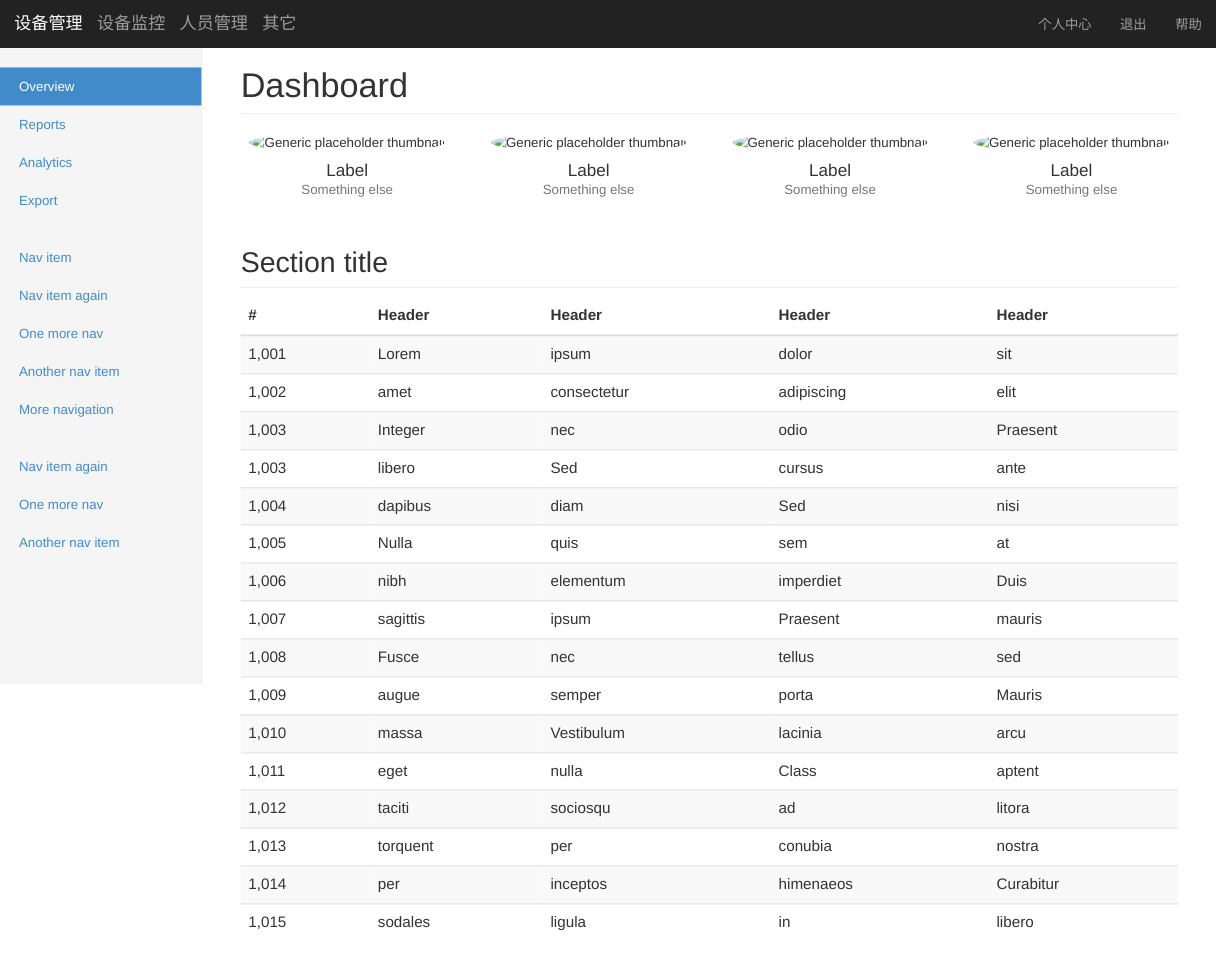
Repository: FanHuaRan/ShoeStoreSystem
Page: http://localhost/ShoeStore/View/test.jsp
The author's editor kept a copy of each file at every save. The page is drawn from the files as they stood at one save, then again after the next save.
The browser window is 1280 px wide. The pictures show the whole page, at 95% of full size.
The page is served by Tomcat 9. Nobody is signed in. The application's start-up code is not run.

Above is the page before, as saved 2017-02-06 11:37:55.

After the next save:
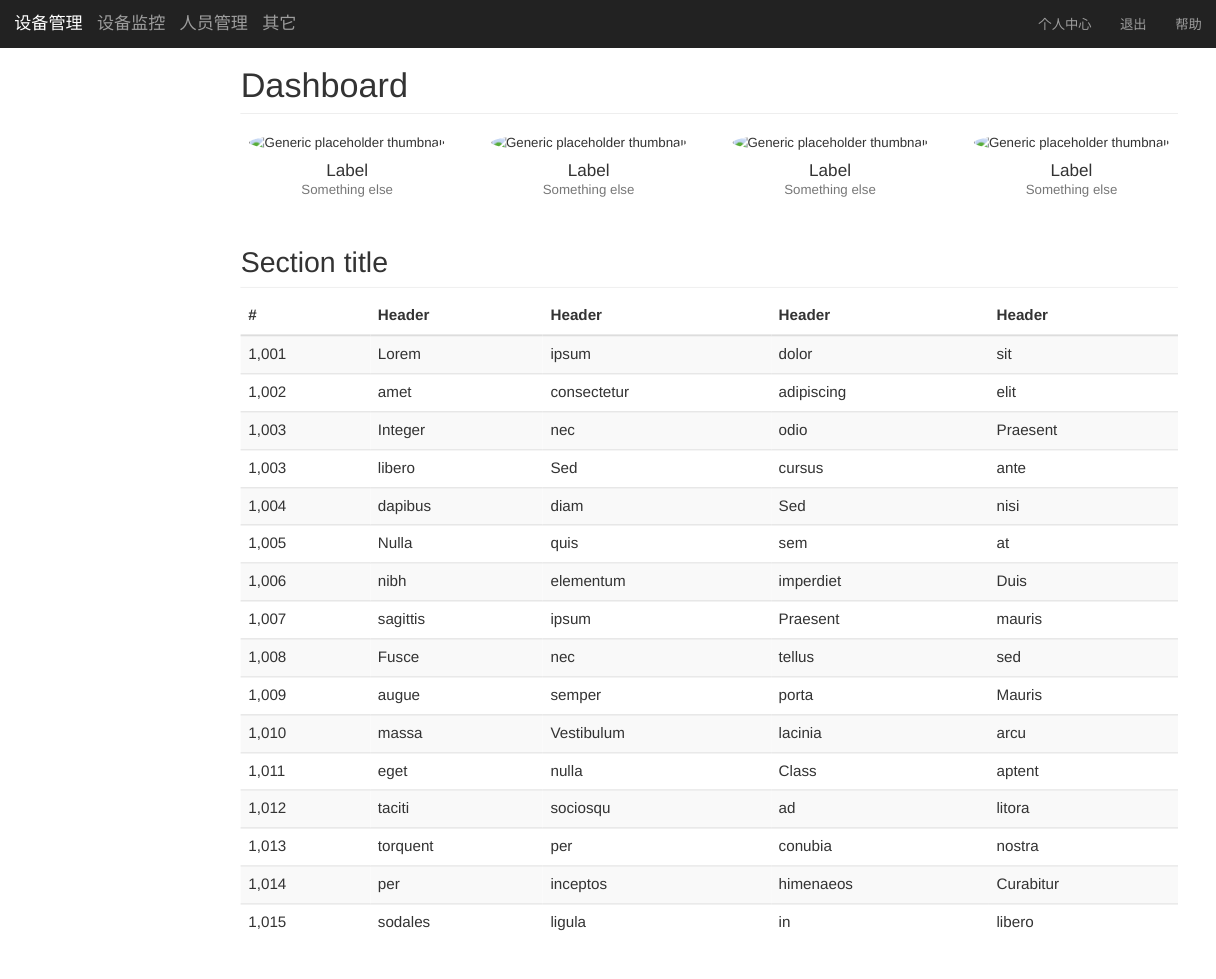
Saved 8 min 12 s later.
--- a/Web/Spring/ShoeStore/WebRoot/View/test.jsp
+++ b/Web/Spring/ShoeStore/WebRoot/View/test.jsp
@@ -77,26 +77,6 @@
 
     <div class="container-fluid">
       <div class="row">
-        <div class="col-sm-3 col-md-2 sidebar">
-          <ul class="nav nav-sidebar">
-            <li class="active"><a href="#">Overview</a></li>
-            <li><a href="#">Reports</a></li>
-            <li><a href="#">Analytics</a></li>
-            <li><a href="#">Export</a></li>
-          </ul>
-          <ul class="nav nav-sidebar">
-            <li><a href="">Nav item</a></li>
-            <li><a href="">Nav item again</a></li>
-            <li><a href="">One more nav</a></li>
-            <li><a href="">Another nav item</a></li>
-            <li><a href="">More navigation</a></li>
-          </ul>
-          <ul class="nav nav-sidebar">
-            <li><a href="">Nav item again</a></li>
-            <li><a href="">One more nav</a></li>
-            <li><a href="">Another nav item</a></li>
-          </ul>
-        </div>
         <div class="col-sm-9 col-sm-offset-3 col-md-10 col-md-offset-2 main">
           <h1 class="page-header">Dashboard</h1>
 
